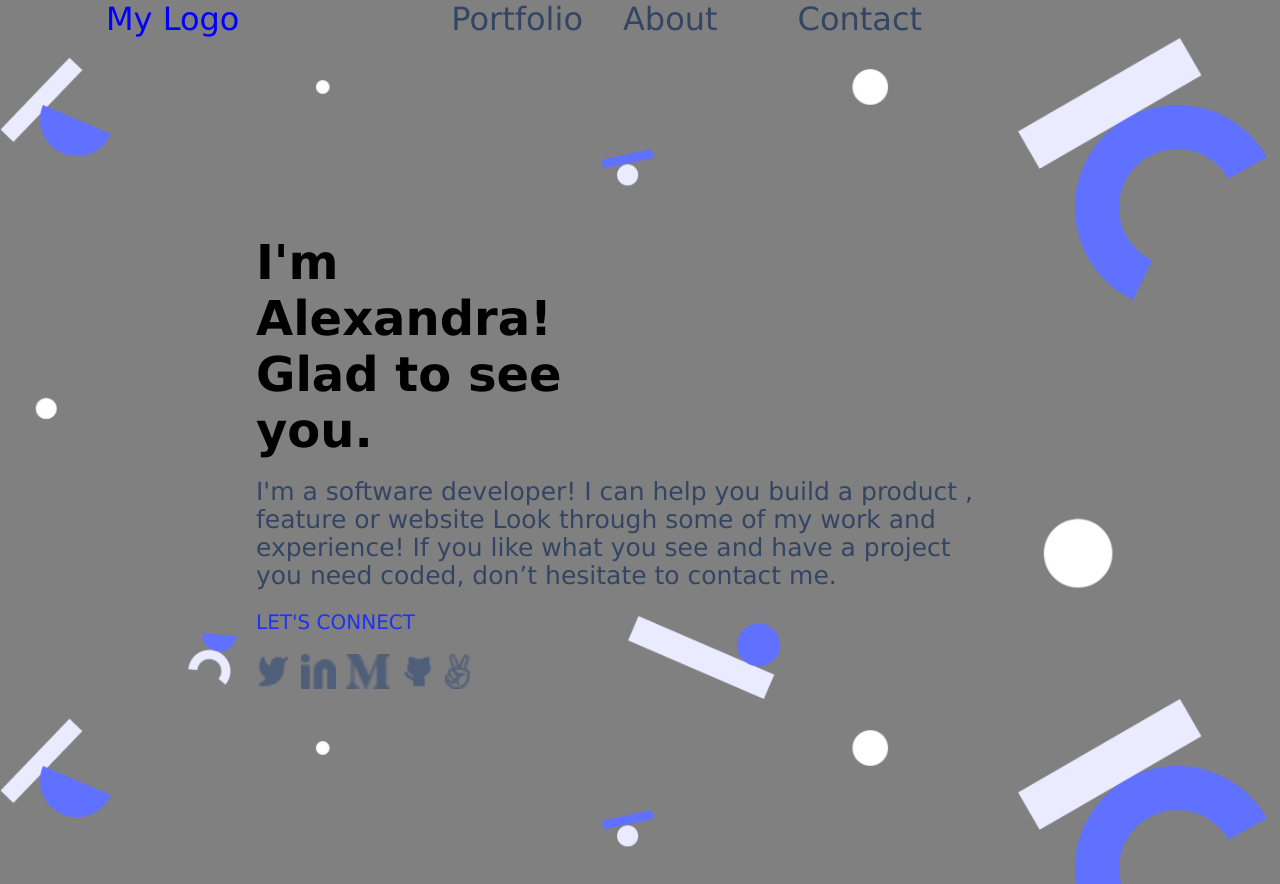
Repository: usman3123/portfolio-template-3
Page: portfolio.html
These files come from the project's save history. The page is drawn as it stood at one moment and after the next save; the edit follows.
The browser window is 1280 px wide. The pictures show the whole page.
Some web libraries are served in a nearby version.

Above is the page before, as saved 2025-01-23 18:43:25.

### portfolio.html
<!DOCTYPE html>
<html lang="en">
<head>
  <meta charset="UTF-8">
  <meta name="viewport" content="width=device-width, initial-scale=1.0">
  <title>project 2</title>
  <link rel="stylesheet" href="style.css">
  <link href='https://unpkg.com/boxicons@2.1.4/css/boxicons.min.css' rel='stylesheet'>
  <link rel="stylesheet" href="https://cdnjs.cloudflare.com/ajax/libs/font-awesome/6.6.0/css/all.min.css" integrity="sha512-Kc323vGBEqzTmouAECnVceyQqyqdsSiqLQISBL29aUW4U/M7pSPA/gEUZQqv1cwx4OnYxTxve5UMg5GT6L4JJg==" crossorigin="anonymous" referrerpolicy="no-referrer" />
  <link rel="stylesheet" href="https://cdnjs.cloudflare.com/ajax/libs/font-awesome/6.6.0/css/all.min.css" integrity="sha512-Kc323vGBEqzTmouAECnVceyQqyqdsSiqLQISBL29aUW4U/M7pSPA/gEUZQqv1cwx4OnYxTxve5UMg5GT6L4JJg==" crossorigin="anonymous" referrerpolicy="no-referrer" />

  <link rel="stylesheet" href="https://cdnjs.cloudflare.com/ajax/libs/font-awesome/6.7.2/css/all.min.css">
  <link rel="preconnect" href="https://fonts.googleapis.com">
<link rel="preconnect" href="https://fonts.gstatic.com" crossorigin>
<link href="https://fonts.googleapis.com/css2?family=Poppins:ital,wght@0,100;0,200;0,300;0,400;0,500;0,600;0,700;0,800;0,900;1,100;1,200;1,300;1,400;1,500;1,600;1,700;1,800;1,900&display=swap" rel="stylesheet">
</head>

<body>

  <!-- Navbar -->

<div class="hero-page">
  <nav class="navbar flex">
    <p class="mainlogoo">My Logo</p>
    <div class="nav-links flex">
      <a href="#myportfolio" style="text-decoration: none;" class="link">Portfolio</a>
      <a href="#myabout" style="text-decoration: none;" class="link">About<a>
      <a href="#mycontact" style="text-decoration: none;" class="link">Contact<a>
    </div>
    <i class="fa-sharp fa-light fa-bars" id="menu-icon" style="color: #0860f7;"></i>
  </nav>

  <!-- Main Content -->
  <section id="myportfolio" class="hero-section flex">
    <div class="hero-content flex">
        <h1 class="hero-head"> I'm Alexandra!
          Glad to see you.
      </h1>
      <p class="hero-p">
         I'm a software developer! I can help you build a product , feature or website Look through  some of my work and experience! If you like what you see and have a project you need coded, don’t hesitate to contact me.
      </p>
     <p class="let-connect"> LET'S CONNECT</p>

      <div class="icons flex">
          <img src="/assets/twitter.png" class="media-icon">
          <img src="assets/Linkedin.png" class="media-icon">
          <img src="assets/M.png" class="media-icon">
          <img src="assets/Github.png" class="media-icon">
          <img src="assets/V.png" class="media-icon">
      </div>
    </div>
  </section>
</div>

  <!-- Cards Section -->

  <!-- <section class="cards flex">
  </section>

  <div class="page">
    </div>
     -->


   <!-- ABOUT MYSELF -->

  <!-- <section id="myabout" class="about flex">

    <div class="about-intro flex">
      <h1 style="font-size: 40px;">About Myself</h1>
      <p class="about-paragraph">Hello I'm a software developer! I can help you build a product , feature or website Look through some of my work and experience! If you like what you see and have a project you need coded, don't hesitate to contact me.</p>
        <p class="let-connect">Let's Connect</p>
        <div class="icons flex icon-gap">
          <img src="assets/twitter.png" class="twitter">
          <img src="assets/Linkedin.png" class="inimage">
          <img src="assets/M.png" class="mimage">
          <img src="assets/Github.png" class="tomimage">
          <img src="assets/V.png" class="protocol">
      </div>
      <button class="button rsm-btn"> Get my resume</button>
    </div>

    <div class="about-skills flex">
      <div class="about-all flex">
        <p>Languages</p>
        <i class='bx bx-chevron-down'></i>
      </div>
      <div class="about-lang flex">
        <div class="about-lang-img flex">
          <i class="fa-brands fa-js" style="color: #ff0000;"></i>
          <p>JavaScript</p>
        </div>
        <div class="about-lang-img flex">
          <i class="fa-brands fa-html5" style="color: #FFD43B;"></i>
          <p>Html</p>

        </div>
        <div class="about-lang-img flex">
          <i class="fa-brands fa-css3-alt" style="color: #74C0FC;"></i>
          <p>css</p>
        </div>
      </div>
      <div class="about-all flex">
        <p> Frameworks</p>
        <i class='bx bx-chevron-right'></i>
      </div>
      <div class="about-all flex">
        <p>Skills</p>
        <i class='bx bx-chevron-right'></i>
        </div>
        </div>
        <div class="contact-section flex">
            <h4 class="contact-paragraph">I'm always interested in hearing about new projects, so if you'd like to chat please get in touch.</h4>
            <form action="submit-form" class="contact-form flex">
                <div class="names flex">
                    <input type="text" placeholder="Full name" class="first-name">
                    <input type="text" placeholder="last name" class="last-name">
      </div>
        <div class="contact-section flex">
            <h4 class="contact-paragraph">I'm always interested in hearing about new projects, so if you'd like to chat please get in touch.</h4>
            <form action="submit-form" class="contact-form flex">
                <div class="names flex">
                    <input type="text" placeholder="Full name" class="first-name">
                    <input type="text" placeholder="last name" class="last-name">
    </div>
  </section> -->

  <!-- Contact section -->

  <!-- <section id="mycontact" class="contact-section">
    <h1 class="contact-heading">Contact Me</h1>
    <p class="contact-description">
        If you have an application you are interested in developing, a feature that you need built, or a project that needs coding, I'd love to help with it!
    </p>
    <form class="contact-form">
        <input class="form-input" type="text" placeholder="Your Name">
        <input class="form-input" type="email" placeholder="Your Email">
        <textarea class="form-message" placeholder="Write your message here..."></textarea>
        <button class="form-button">Get in Touch</button>
    </form>

</section>

</main> -->

<script src="index.js"></script>
</body>
</html>

### style.css
*{
    margin: 0;
    padding: 0;
    box-sizing: border-box;
}
body {
    font-family: Verdana, Geneva, Tahoma, sans-serif;
    background-color: grey;
}
.flex {
    display: flex;
}
.navbar {
    justify-content: space-around;
}
.mainlogoo {
    font-size: 2rem;
    color: blue;
}
.nav-links {
    gap: 40px;
    font-size: 2rem;
}
.link {
    color: #344563;
}
#menu-icon {
    display: none !important;
}
.hero-section {
    height: 846px;
    align-items: center;
    justify-content: center;
    padding-left: 20%;
    background-image: url(/assets/Header\ bg@2x.png);
    background-size: contain;
    max-height: 846px;
}
.hero-content {
    flex-direction: column;
    gap: 20px;
}
.hero-head {
    font-size: 48px;
    font-weight: 700;
    width: 35%;
}
.hero-p {
    font-size: 25px;
    line-height: 28px;
    color: #344563;

    width: 73%;
}
.let-connect {
    color: #1d32f7;
    font-size: 20px;
    font-weight: 500;
    line-height: 24px;
}
.media-icon {
    height: 35px;
}
.icons {
    gap: 10px;
}

Loaded but not shown: index.js (no copy from this time; the picture is the same without it)

After the next save:
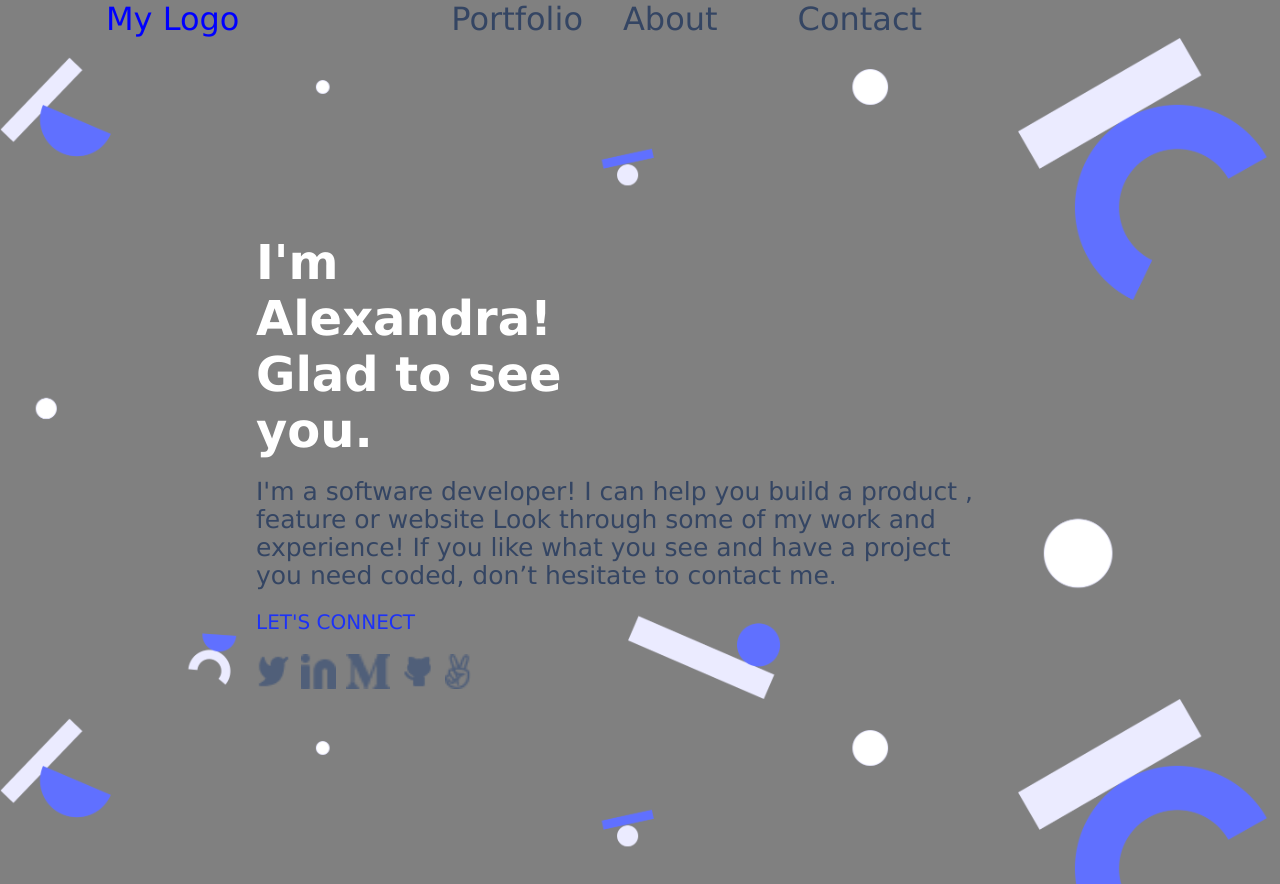
Saved 2 min 5 s later.
--- a/style.css
+++ b/style.css
@@ -26,6 +26,9 @@ body {
 }
 #menu-icon {
     display: none !important;
+}
+.hero-page {
+    color: white;
 }
 .hero-section {
     height: 846px;
